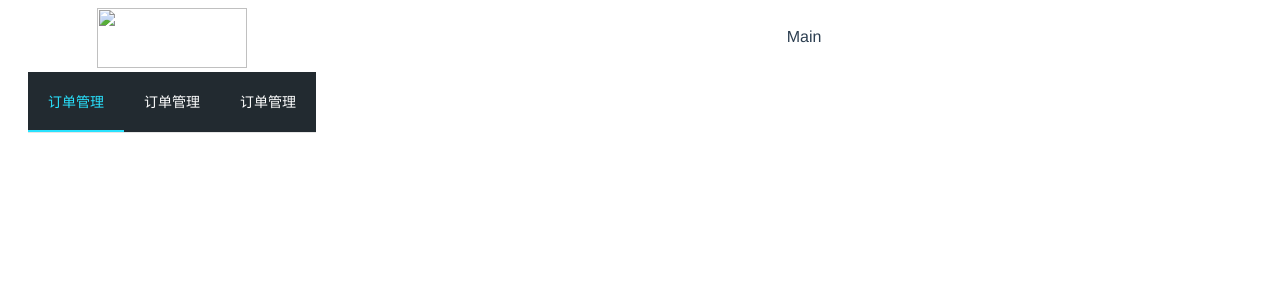
Repository: TheWomanLiketheWind/woodpecker
Page: /
The author's editor kept a copy of each file at every save. The page is drawn from the files as they stood at one save, then again after the next save.
The browser window is 1280 px wide. The pictures show the whole page.
The project was rebuilt for these pictures with package versions that can differ from the ones it lists, and the page was loaded fresh each time. Imported but missing from the stored project, and not drawn on this page: src/views/About.vue.

Above is the page before, as saved 2019-07-25 14:51:59.

### public/index.html
<!DOCTYPE html>
<html lang="en">
  <head>
    <meta charset="utf-8">
    <meta http-equiv="X-UA-Compatible" content="IE=edge">
    <meta name="viewport" content="width=device-width,initial-scale=1.0">
    <link rel="icon" href="<%= BASE_URL %>favicon.ico">
    <title>woodpecker</title>
  </head>
  <body>
    <noscript>
      <strong>We're sorry but woodpecker doesn't work properly without JavaScript enabled. Please enable it to continue.</strong>
    </noscript>
    <div id="app"></div>
    <!-- built files will be auto injected -->
  </body>
</html>

### src/App.vue
<template>
  <div id="app">
    <router-view />
  </div>
</template>

<style lang="scss">
#app {
  font-family: "Avenir", Helvetica, Arial, sans-serif;
  -webkit-font-smoothing: antialiased;
  -moz-osx-font-smoothing: grayscale;
  text-align: center;
  color: #2c3e50;
}
#nav {
  padding: 30px;
  a {
    font-weight: bold;
    color: #2c3e50;
    &.router-link-exact-active {
      color: #42b983;
    }
  }
}
</style>

### src/views/Home.vue
<template>
  <el-container>

    <Head msg="Welcome to Your Vue.js + TypeScript App"></Head>
    <el-main>Main</el-main>
  </el-container>
  <!-- <div class="home">
    <img alt="Vue logo" src="../assets/logo.png">
    <HelloWorld msg="Welcome to Your Vue.js + TypeScript App"/>
  </div> -->

</template>

<script lang="ts">
import { Component, Vue } from "vue-property-decorator";
import Head from "@/components/Head.vue"; // @ is an alias to /src

@Component({
  components: {
    Head
  }
})
export default class Home extends Vue {}
</script>

### src/components/Head.vue
<template>
  <el-header class="headerAll">
    <img src=""
         class="headImage">
    <el-menu :default-active="activeIndex"
             class="el-menu-demo"
             mode="horizontal"
             background-color="#222a30"
             text-color="#fff"
             active-text-color="#29e2fe"
             @select="handleSelect">
      <el-menu-item v-for="(item, index) in menuList"
                    :key="index"
                    :index="item.index">{{item.name}}</el-menu-item>
    </el-menu>
  </el-header>
</template>

<script lang="ts">
import { Component, Prop, Vue } from "vue-property-decorator";

@Component
export default class Head extends Vue {
  @Prop() private msg!: string;
  data() {
    return {
      activeIndex: "1",
      menuList: [
        {
          name: "订单管理",
          index: "1",
          link: ""
        },
        {
          name: "订单管理",
          index: "2",
          link: ""
        },
        {
          name: "订单管理",
          index: "3",
          link: ""
        }
      ]
    };
  }

  private handleSelect(key: any, keyPath: any) {
    console.log(key, keyPath);
  }
}
</script>

<style lang="scss">
.headerAll {
  .headImage {
    width: 150px;
    height: 100%;
  }
}
</style>

Loaded but not shown: src/main.ts (common file); src/router.ts (common file); src/store.ts (common file)

After the next save:
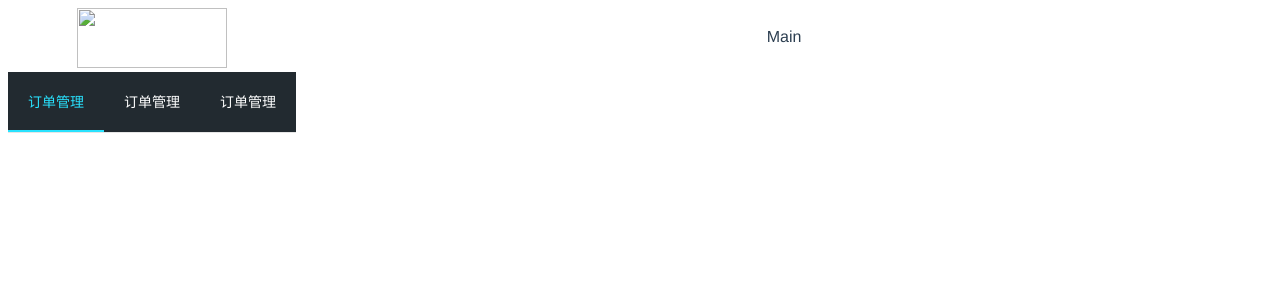
Saved 43 s later.
--- a/src/App.vue
+++ b/src/App.vue
@@ -11,6 +11,9 @@
   -moz-osx-font-smoothing: grayscale;
   text-align: center;
   color: #2c3e50;
+  .el-header {
+    padding: 0;
+  }
 }
 #nav {
   padding: 30px;
